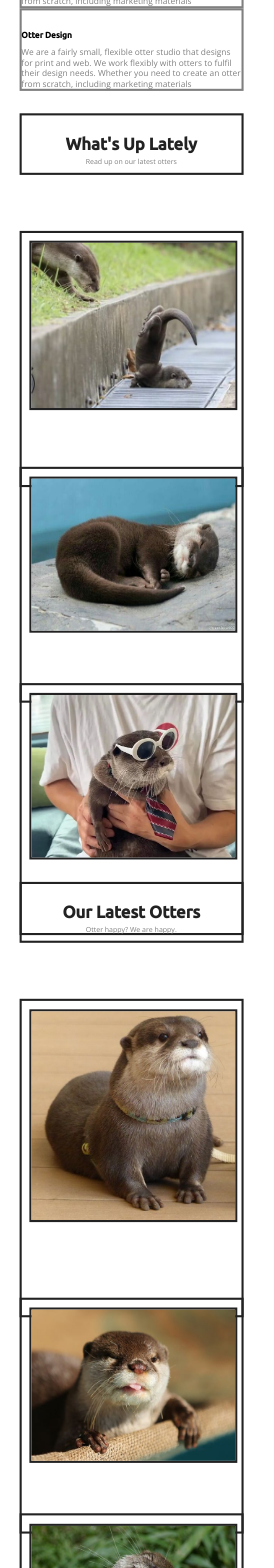
Repository: kennyharman/Marlowe_Kenny_Lab_02B
Page: index.html
These files come from the project's save history. The page is drawn as it stood at one moment and after the next save; the edit follows.
The browser window is 375 px wide. The page is 391 px wide, so the pictures cover 391 px, including what lies to the right of the window. The pictures show the part of the page from y = 757 to 2997 px (the page is 7160 px tall before and 6440 px after), at 70% of full size.

Above is the page before, as saved 2024-02-08 19:06:51.

After the next save:
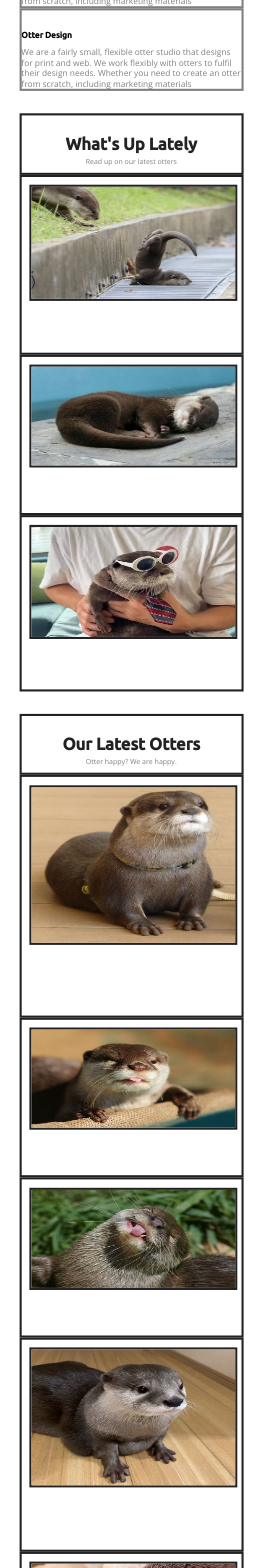
Saved 2 min 41 s later.
--- a/css/style.css
+++ b/css/style.css
@@ -437,10 +437,6 @@ p {
   .page__banner {
     display: none;
   }
-  .image {
-    margin-top: 5rem;
-    height: 100%;
-  }
   .affiliates {
     display: none;
   }
